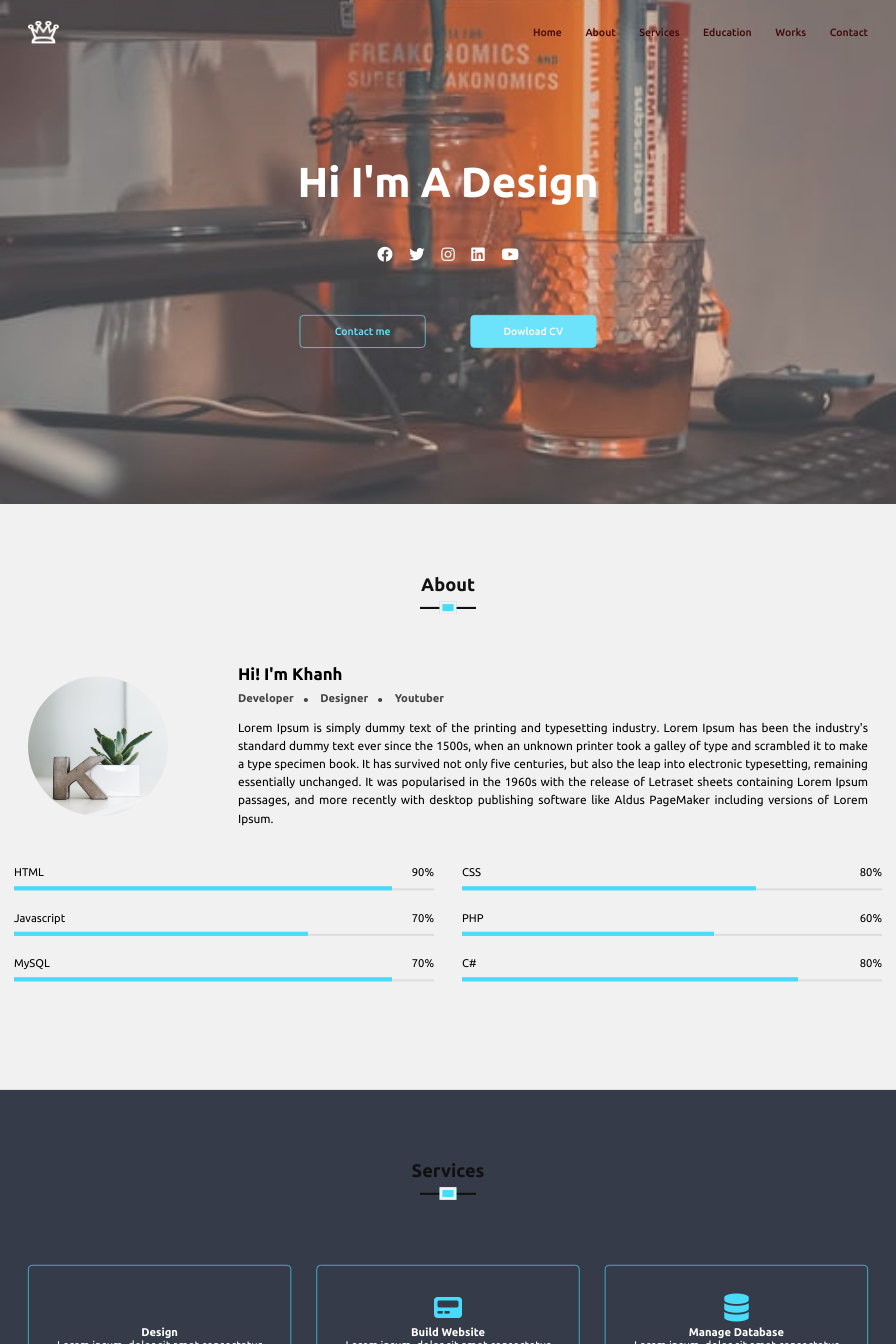
Repository: khanhdiii/DisplayHTML
Page: BuildResponsive/index.html
An editor plug-in stored every save of this project. The page is shown before and after the next save, followed by the edit.
The browser window is 1280 px wide. The pictures show the part of the page from y = 0 to 1920 px (the page is 5087 px tall), at 70% of full size.
Backgrounds fixed to the window are drawn as part of the page.

Above is the page before, as saved 2021-09-27 17:27:24.

After the next save:
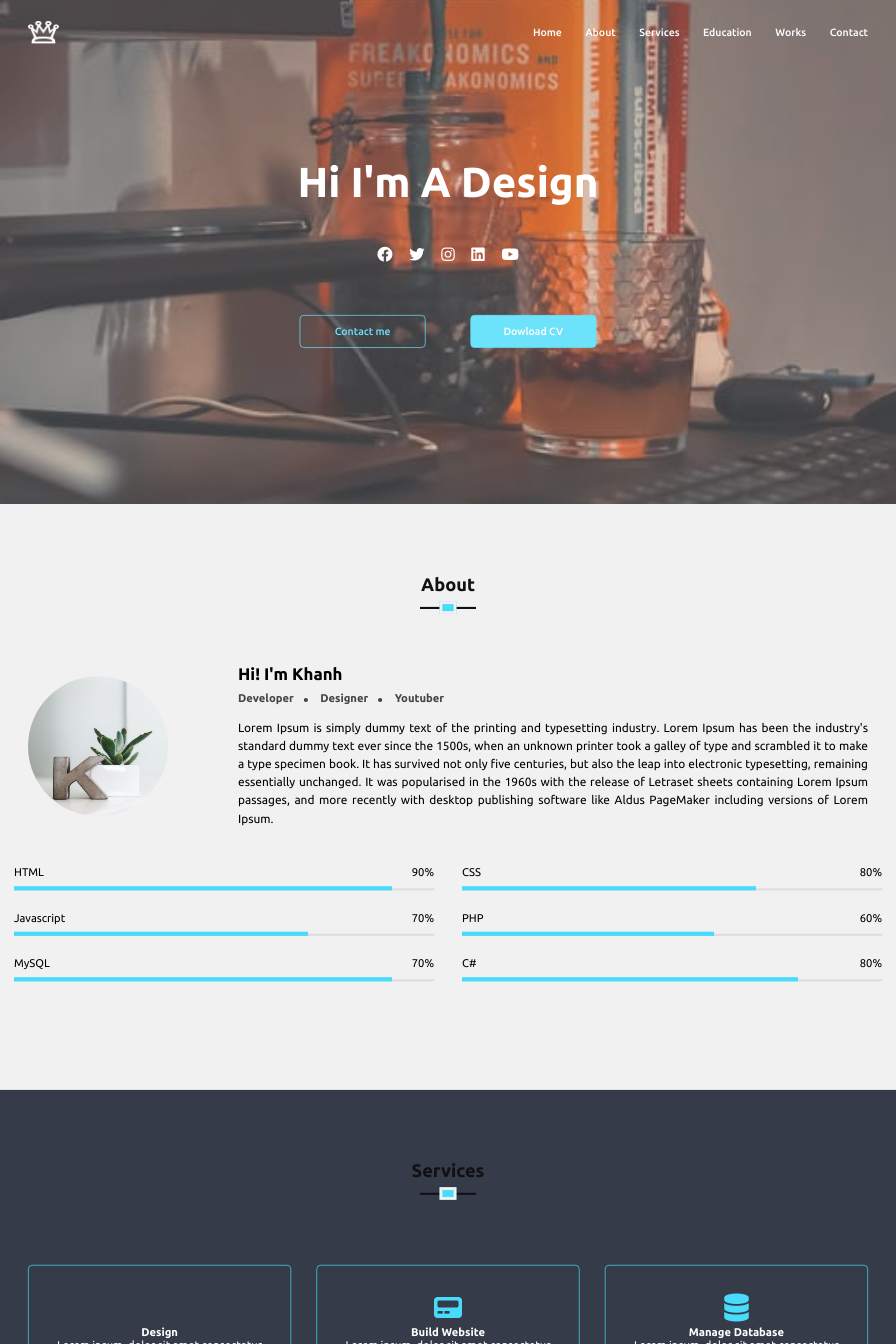
Saved 22 s later.
--- a/BuildResponsive/css/style.css
+++ b/BuildResponsive/css/style.css
@@ -71,7 +71,7 @@ html {
 }
 
 .navbar-menu a {
-  color: rgb(68, 7, 7);
+  color: #fff;
   font-size: 15px;
   font-weight: 500;
   margin-left: 30px;
@@ -83,7 +83,7 @@ html {
 }
 
 .sticky {
-  background-color: rgb(214, 0, 0);
+  background-color: #fff;
   padding: 18px 0;
 }
 
